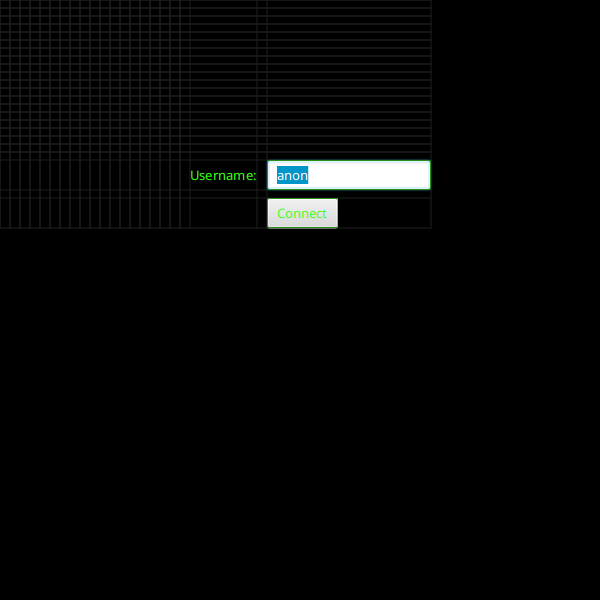
Repository: silic4-ivey/River
Program's window: java RiverClient/src/Main.java
The author's editor kept a copy of each file at every save. The program's window is drawn from the files as they stood at one save, then again after the next save.
It runs on Java 21 on a 1366 x 768 screen with JavaFX 11; the title bar is not drawn.

Above is the program's window before, as saved 2021-08-16 19:28:26.

### RiverClient/src/Main.java
import javafx.application.Application;
import javafx.event.ActionEvent;
import javafx.event.EventHandler;
import javafx.scene.Scene;
import javafx.scene.control.Button;
import javafx.scene.layout.StackPane;
import javafx.stage.Stage;
public class Main extends Application{

	private MainUI mainUI;

	public static void main(String args[]) {
		launch (args);
	}

	@Override
	public void start(Stage primaryStage) throws Exception{

		mainUI = new MainUI(primaryStage);

	}
}

### RiverClient/src/MainUI.java
import javafx.geometry.Pos;
import java.io.FileInputStream;
import java.io.FileNotFoundException;
import java.io.File;
import javafx.scene.Scene;
import javafx.scene.control.Button;
import javafx.scene.layout.StackPane;
import javafx.scene.layout.VBox;
import javafx.scene.paint.Color;
import javafx.stage.Stage;
import javafx.scene.control.TextField;
import java.util.Random;
import javafx.scene.layout.GridPane;
import javafx.scene.control.Label;
import javafx.scene.text.Font;
import javafx.scene.text.Text;
import javafx.scene.control.ScrollPane;

public class MainUI {

	private RiverClient rc;
	private String userName = "anon";
	private int size = 600;
	private Stage window;
	private Text textBox = new Text();
	private final String modeSeven = "Modeseven-L3n5.ttf";
	private final String fontPath = "./resources/fonts/";

	public MainUI(Stage primaryStage) throws Exception{
		window = primaryStage;

		Label userLbl = new Label("Username:");
		TextField text = new TextField("anon");


		Button connectButton = new Button("Connect");
		connectButton.setOnAction(e ->startConnection(text.getText()));   ///////////////////////////////

		//VBox layout1 = new VBox();
		//layout1.getChildren().addAll(userLbl,text,connectButton);

		/*try {
			Font terminalFont = Font.loadFont(new FileInputStream(new File(fontPath + modeSeven)),12);

			text.setFont(terminalFont);
			userLbl.setFont(terminalFont);
			connectButton.setFont(terminalFont);


		}catch(FileNotFoundException e) {
			e.printStackTrace();
		}*/

		text.setStyle("-fx-text-inner-color: #39ff14");
		text.setStyle("-fx-control-inner-background: black");
		text.setStyle("-fx-border-color: #39ff14");

		userLbl.setTextFill(Color.web("#39ff14"));

		connectButton.setTextFill(Color.web("#39ff14"));
		connectButton.setStyle("-fx-background-color: black");
		connectButton.setStyle("-fx-border-color: #39ff14");

		//connectButton.setMaxSize(50, 20);


		GridPane layout1 = new GridPane();

		layout1.setVgap(8);
		layout1.setHgap(10);

		/*layout1.add(userLbl, size/2 -1, size/2);
		layout1.add(text, size/2, size/2);
		layout1.add(connectButton, size/2, size/2 -1);*/

		GridPane.setConstraints(userLbl, 19, 20);
		GridPane.setConstraints(text, 20, 20);
		GridPane.setConstraints(connectButton, 20, 21);

		layout1.getChildren().addAll(userLbl,text,connectButton);

		layout1.setGridLinesVisible(true);
		layout1.setStyle("-fx-background-color: #000000");

		Scene scene1 = new Scene(layout1, size, size, Color.BLACK);
		//scene1.setFill(Color.BLACK);

		window.setScene(scene1);
		window.setTitle("The River");
		window.show();

		/*RiverClient cs = RiverClient.getInstance();
		cs.writeTo();
		cs.closeAccess();*/
	}

	public void startConnection(String userName) {
		initializeClient();  ///////////////////////////////////////////////////
		setUser(userName);
		switchStage();
	}

	public void initializeClient() {
		rc = RiverClient.getInstance();
	}

	public void setUser(String userName) {
		this.userName = userName;
	}

	public void switchStage() {

		ServerReader sr = new ServerReader(rc, this);

		Label userLbl = new Label(userName + ": ");
		TextField text = new TextField("Type Here");

		Button sendButton = new Button("Send");
		sendButton.setOnAction(e -> rc.writeTo(text.getText(), userName));   /////////////////////////////// create a logoff button

		Button logoffButton = new Button("Logoff");
		logoffButton.setOnAction(e -> rc.closeAccess());   /////////////////////////////// create a logoff button

		//Text textBox = new Text();


		GridPane layout1 = new GridPane();

		layout1.setVgap(8);
		layout1.setHgap(10);

		GridPane.setConstraints(userLbl, 19, 2);
		GridPane.setConstraints(text, 20, 2);
		GridPane.setConstraints(sendButton, 21, 2);
		GridPane.setConstraints(logoffButton, 22, 2);
		GridPane.setConstraints(textBox,20,0);


		layout1.getChildren().addAll(userLbl,text,sendButton, textBox, logoffButton);

		ScrollPane scrollPane = new ScrollPane();
		scrollPane.setPrefSize(1, 1);
		scrollPane.setContent(textBox);
		scrollPane.setVbarPolicy(ScrollPane.ScrollBarPolicy.ALWAYS);
		scrollPane.setHbarPolicy(ScrollPane.ScrollBarPolicy.ALWAYS);

		layout1.setGridLinesVisible(false); ////////// delete after
		Scene scene2 = new Scene(layout1, size, size);
		scene2.setFill(Color.BLACK);



		sr.start();  /////////////////////////////////

		window.setScene(scene2);
		window.setTitle("The River");
		window.show();

	}


	public void updateText(String s) {

		textBox.setText(textBox.getText() + "\n" + s);


	}



}

After the next save:
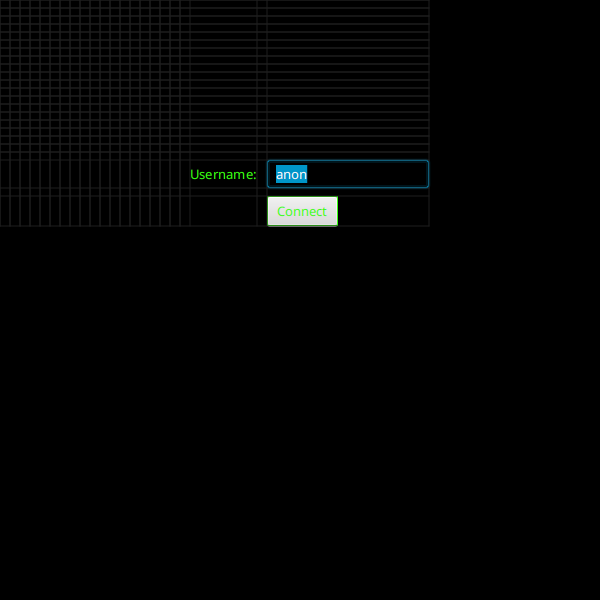
Saved 43 s later.
--- a/RiverClient/src/MainUI.java
+++ b/RiverClient/src/MainUI.java
@@ -53,7 +53,7 @@
 
 		text.setStyle("-fx-text-inner-color: #39ff14");
 		text.setStyle("-fx-control-inner-background: black");
-		text.setStyle("-fx-border-color: #39ff14");
+		//text.setStyle("-fx-border-color: #39ff14");
 
 		userLbl.setTextFill(Color.web("#39ff14"));
 

After the save that followed:
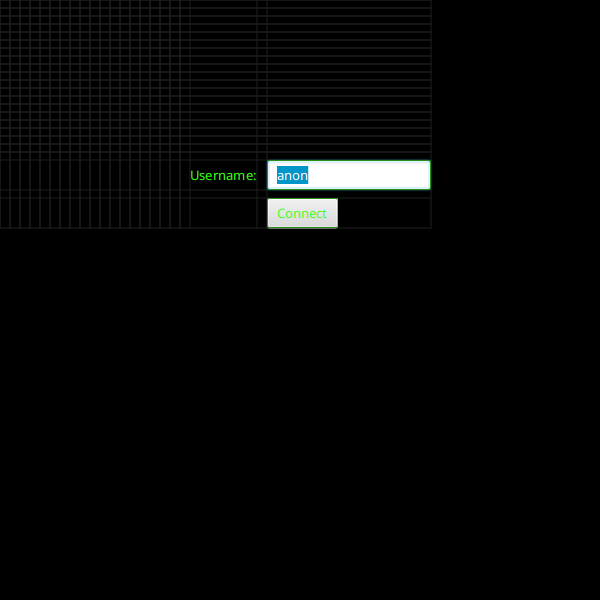
Saved 12 s later.
--- a/RiverClient/src/MainUI.java
+++ b/RiverClient/src/MainUI.java
@@ -53,7 +53,7 @@
 
 		text.setStyle("-fx-text-inner-color: #39ff14");
 		text.setStyle("-fx-control-inner-background: black");
-		//text.setStyle("-fx-border-color: #39ff14");
+		text.setStyle("-fx-border-color: #39ff14");
 
 		userLbl.setTextFill(Color.web("#39ff14"));
 
